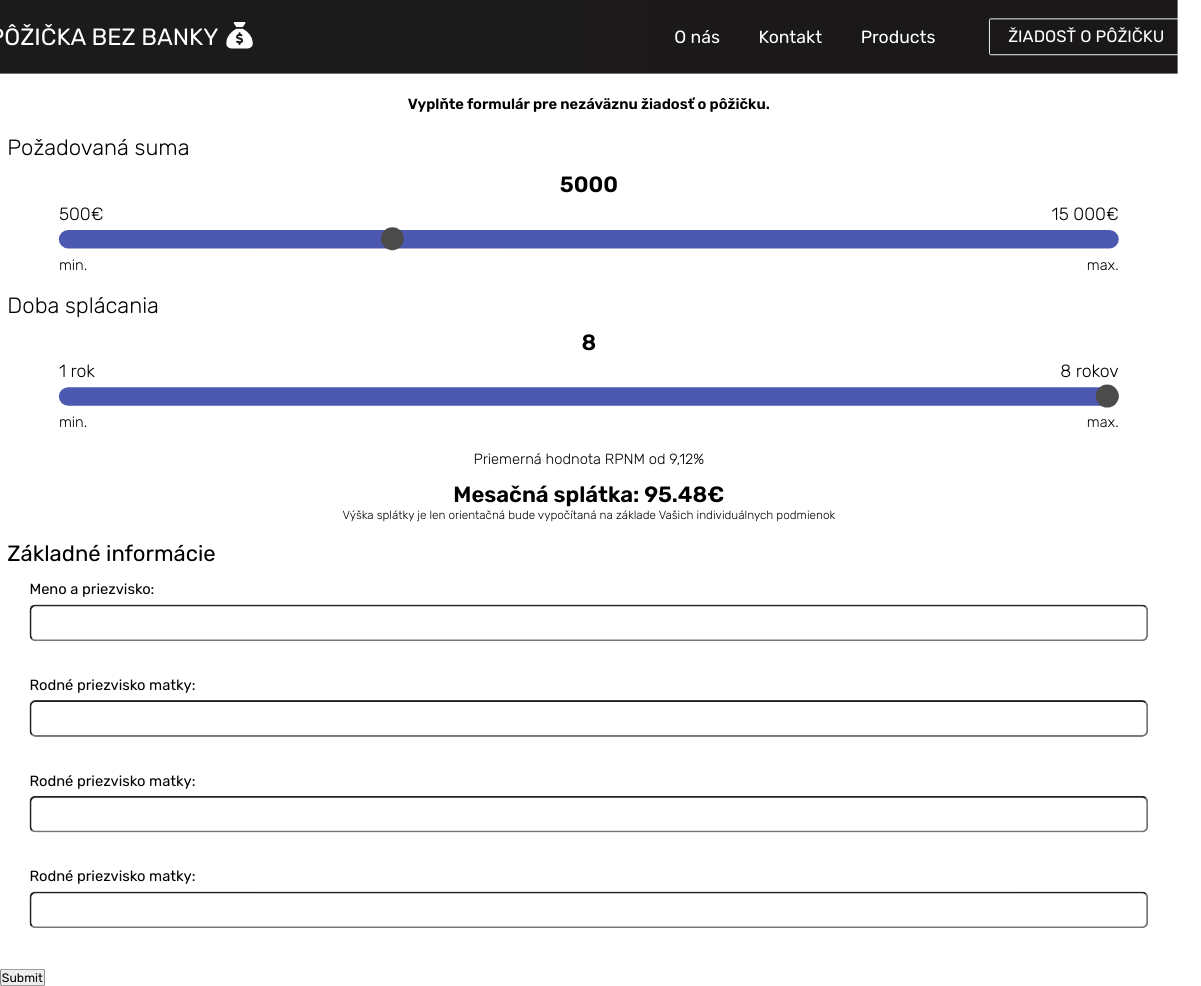
Repository: steve-lgtm/React-website-pozickabezbanky
Page: /ziadost
An editor plug-in stored every save of this project. The page is shown before and after the next save, followed by the edit.
The browser window is 1280 px wide. The page is 1305 px wide, so the pictures cover 1305 px, including what lies to the right of the window. The pictures show the whole page, at 92% of full size.
Some web libraries are served in a nearby version. The project was rebuilt for these pictures with package versions that can differ from the ones it lists, and the page was loaded fresh each time. Also part of the build but not shown: src/components/pages/Home.js, src/components/pages/Kontakt.js, src/components/pages/Products.js.

Above is the page before, as saved 2022-07-11 19:34:39.

### src/App.js
import React from 'react';
import Navbar from './components/Navbar';
import './App.css';
import Home from './components/pages/Home.js';
import { BrowserRouter as Router, Routes, Route } from 'react-router-dom';
import Kontakt from './components/pages/Kontakt';
import Products from './components/pages/Products';
import Ziadost from './components/pages/Ziadost';
import { library } from '@fortawesome/fontawesome-svg-core'
import { fas } from '@fortawesome/free-solid-svg-icons'


library.add(fas)


function App() {
  return (
      <Router>
        <Navbar />
        <Routes>
          <Route path='/' exact element={<Home />} />
          <Route path='/kontakt' element={<Kontakt/>} />
          <Route path='/products' element={<Products/>} />
          <Route path='/ziadost' element={<Ziadost/>} />
        </Routes>
      </Router>
  );
}

export default App;

### src/components/Navbar.js
import React, { useState, useEffect } from 'react';
import { Button } from './Button';
import { Link } from 'react-router-dom';
import './Navbar.css';
import { FontAwesomeIcon } from '@fortawesome/react-fontawesome';

function Navbar() {
  const [click, setClick] = useState(false);
  const [button, setButton] = useState(true);

  const handleClick = () => setClick(!click);
  const closeMobileMenu = () => setClick(false);

  const showButton = () => {
    if (window.innerWidth <= 1040) {
      setButton(false);
    } else {
      setButton(true);
    }
  };

  useEffect(() => {
    showButton();
  }, []);

  window.addEventListener('resize', showButton);

  return (
    <>
      <nav className='navbar'>
        <div className='navbar-container'>
          <Link to='/' className='navbar-logo' onClick={closeMobileMenu}>
            PÔŽIČKA BEZ BANKY
           {/* <FontAwesomeIcon icon="fa-solid fa-money-bill-1-wave" className='nav-icon'/> */}
           <FontAwesomeIcon icon="fa-solid fa-sack-dollar" className='nav-icon' />
          </Link>
          <div className='menu-icon' onClick={handleClick}>
            <i className={click ? 'fas fa-times' : 'fas fa-bars'} />
          </div>
          <ul className={click ? 'nav-menu active' : 'nav-menu'}>
            <li className='nav-item'>
              <Link to='/' className='nav-links' onClick={closeMobileMenu}>
                O nás
              </Link>
            </li>
            <li className='nav-item'>
              <Link
                to='/kontakt'
                className='nav-links'
                onClick={closeMobileMenu}
              >
                Kontakt
              </Link>
            </li>
            <li className='nav-item'>
              <Link
                to='/products'
                className='nav-links'
                onClick={closeMobileMenu}
              >
                Products
              </Link>
            </li>

            <li>
              <Link
                to='/ziadost'
                className='nav-links-mobile'
                onClick={closeMobileMenu}
              >
                ŽIADOSŤ O PÔŽIČKU
              </Link>
            </li>
          </ul>
          {button && <Button buttonStyle='btn--outline'>ŽIADOSŤ O PÔŽIČKU</Button>}
        </div>
      </nav>
    </>
  );
}

export default Navbar;

### src/App.css
@import url('https://fonts.googleapis.com/css2?family=Rubik:wght@300;400;600&display=swap');
* {
  box-sizing: border-box;
  margin: 0;
  padding: 0;
  font-family: 'Rubik', sans-serif;



}

.home,
.services,
.products,
.sign-up {
  display: flex;
  height: 89vh;
  align-items: center;
  justify-content: center;
  font-size: 3rem;
}

.services {
  background-color: blue;
  background-size: cover;
  background-repeat: no-repeat;
  color: rgb(0, 0, 0);
  font-size: 20px;
}

.products {
  background-color: blue;
  background-position: center;
  background-size: cover;
  background-repeat: no-repeat;
  color: #fff;
  font-size: 100 rem;
}

.sign-up {
  background-position: center;
  background-size: cover;
  background-repeat: no-repeat;
  color: rgb(0, 0, 0);
  font-size: 100px;
}
.home {
  background-position: center;
  background-size: cover;
  background-repeat: no-repeat;
  color: rgb(0, 0, 0);
  font-size: 100px;
}

### src/components/pages/Ziadost.js
import React from 'react';
import '../../App.css';
import './Ziadost.css'
import { useState } from 'react';
import { useFormik} from 'formik'

function PMT(ir, np, pv, fv, type) {

  //  * ir   - interest rate per month
  //  * np   - number of periods (months)
   // * pv   - present value
   // * fv   - future value
  //  * type - when the payments are due:
 //   *        0: end of the period, e.g. end of month (default)
  //  *        1: beginning of period

   var pmt, pvif;

   fv || (fv = 0);
   type || (type = 0);

   if (ir === 0)
       return -(pv + fv)/np;

   pvif = Math.pow(1 + ir, np);
   pmt = - ir * pv * (pvif + fv) / (pvif - 1);

   if (type === 1)
       pmt /= (1 + ir);


   return pmt;}

export default function Ziadost() {
  const [mounthAmount, setMounthAmount] = useState(95.48);
  const formik =  useFormik({
    initialValues: {
      amount: 5000,
      period: 8,
      name: '',
      surnameMom:''
    },
    onSubmit: values => {
      console.log('Form data',values)
    },
    validate: values => {
      let errors ={}

      if(!values.name) {
        errors.name = 'Requiered'
      }

      if(!values.surnameMom) {
        errors.name = 'Requiered'
      }

      return errors
    }
  });

 const changeAmount = (e) => {
  let urk_sdz = 0.1834;
  if(e.target.name==='amount'){
    let urk_sdz = 0.1834;
    if ( formik.values.period===1) urk_sdz = 0.3910;
    if ( formik.values.period>1 && formik.values.period<6 ) urk_sdz = 0.2098; //0.22;
    if ( formik.values.period>5 && formik.values.period<9 ) urk_sdz = 0.1834;
    let finalAmount = Math.round(PMT(Math.pow((1+urk_sdz),1/12)-1,(formik.values.period*12),-1*e.target.value)*100) /100;
  setMounthAmount(finalAmount)}

  if(e.target.name==='period'){
    if ( e.target.value===1) urk_sdz = 0.3910;
    if ( e.target.value>1 && e.target.value<6 ) urk_sdz = 0.2098; //0.22;
    if ( e.target.value>5 && e.target.value<9 ) urk_sdz = 0.1834;
    let finalAmount = Math.round(PMT(Math.pow((1+urk_sdz),1/12)-1,(e.target.value*12),-1*formik.values.amount)*100) /100;
    setMounthAmount(finalAmount)}
  };
  return (
    <>
      <h1 className='header-form'>
          Vyplňte formulár pre nezáväznu žiadosť o pôžičku.
        </h1>
      <form onSubmit={formik.handleSubmit}>
      <div className='container-form'>
        <div className='section-name'>Požadovaná suma</div>
            <h2>{formik.values.amount}</h2>
            <div className="containerslider">
                <div className="pullleft" style={{fontSize:"1.2rem"}}>
                    500€
                </div>
                <div className="pullright" style={{fontSize:"1.2rem"}}>
                    15 000€
                </div>
            <input type="range" name="amount" step="100" min="500" max="15000" onChange={(e) =>{formik.handleChange(e); changeAmount(e)}} value={formik.values.amount} className="slider" id="suma"/>
            <div className="pullleft" style={{fontSize: "1rem"}}>
                min.
            </div>
            <div className="pullright" style={{fontSize: "1rem"}}>
                max.
            </div>
            </div>

       <div className='section-name'>Doba splácania</div>
       <h2>{formik.values.period}</h2>
            <div className="containerslider">
                <div className="pullleft" style={{fontSize:"1.2rem"}}>
                    1 rok
                </div>
                <div className="pullright" style={{fontSize:"1.2rem"}}>
                    8 rokov
                </div>
            <input type="range" name="period" step="1" min="1" max="8" onChange={(e) => {formik.handleChange(e); changeAmount(e)}} value={formik.values.period} className="slider" id="doba"/>
            <div className="pullleft" style={{fontSize: "1rem"}}>
                min.
            </div>
            <div className="pullright" style={{fontSize: "1rem"}}>
                max.
            </div>
            </div>
            <div className="info">
        Priemerná hodnota RPNM od 9,12%
        </div>
        <h2> Mesačná splátka: {mounthAmount}€</h2>
        <div className="info2">
            Výška splátky je len orientačná bude vypočítaná na základe Vašich individuálnych podmienok
        </div>
            </div>
          <div className='personal-data'>
          <div className='section-name'>Základné informácie</div>
            <div className='personal-data-field'>
          <label htmlFor="name">Meno a priezvisko:</label>
      <input type="text" name="name" id="name" onChange={formik.handleChange} value={formik.values.name}/>
      </div>
      <div className='personal-data-field'>
      <label htmlFor="surnameMom">Rodné priezvisko matky:</label>
      <input type="text" name="surnameMom" id="surnameMom" onChange={formik.handleChange} value={formik.values.surnameMom}/>
            </div>
            <div className='personal-data-field'>
      <label htmlFor="surnameMom">Rodné priezvisko matky:</label>
      <input type="text" name="surnameMom" id="surnameMom" onChange={formik.handleChange} value={formik.values.surnameMom}/>
            </div>
            <div className='personal-data-field'>
      <label htmlFor="surnameMom">Rodné priezvisko matky:</label>
      <input type="text" name="surnameMom" id="surnameMom" onChange={formik.handleChange} value={formik.values.surnameMom}/>
            </div>
            </div>
            <button type='submit'>Submit</button>
      </form>

    </>
  );
}

### src/components/Button.js
// import React from 'react';
// import './Button.css';
// import { Link } from 'react-router-dom';

// export function Button() {
//   return (
//     <Link to='sign-up'>
//       <button className='btn'>Sign Up</button>
//     </Link>
//   );
// }

import React from 'react';
import './Button.css';
import { Link } from 'react-router-dom';

const STYLES = ['btn--primary', 'btn--outline', 'btn--test'];

const SIZES = ['btn--medium', 'btn--large'];

export const Button = ({
  children,
  type,
  onClick,
  buttonStyle,
  buttonSize
}) => {
  const checkButtonStyle = STYLES.includes(buttonStyle)
    ? buttonStyle
    : STYLES[0];

  const checkButtonSize = SIZES.includes(buttonSize) ? buttonSize : SIZES[0];

  return (
    <Link to='/ziadost' className='btn-mobile'>
      <button
        className={`btn ${checkButtonStyle} ${checkButtonSize}`}
        onClick={onClick}
        type={type}
      >
        {children}
      </button>
    </Link>
  );
};

### src/components/Navbar.css
.navbar {
    background: linear-gradient(90deg, rgb(28, 27, 27) 0%, rgb(26, 23, 23) 100%);
    height: 80px;
    display: flex;
    justify-content: center;
    align-items: center;
    font-size: 1.2rem;
    position: sticky;
    top: 0;
    z-index: 999;
    font-weight: 400;
    white-space: nowrap;
  }

  .navbar-container {
    display: flex;
    justify-content: center;
    align-items: center;
    height: 80px;
    max-width: 1500px;
  }

  .navbar-logo {
    color: #fff;
    justify-self: start;
    margin-left: 0.5em;
    cursor: pointer;
    text-decoration: none;
    font-size: 1.6rem;
    display: flex;
    align-items: center;

  }

  .nav-icon {
    margin-left: 0.3em;
    margin-bottom: 0.1em;
    font-size: 1.8rem;
  }

  .nav-menu {
    display: grid;
    grid-template-columns: repeat(4, auto);
    grid-gap: 10px;
    list-style: none;
    text-align: center;
    width: 60vw;
    justify-content: end;
    margin-right: 2rem;
  }

  .nav-item {
    height: 3.5em;
  }

  .nav-links {
    color: #fff;
    display: flex;
    align-items: center;
    text-decoration: none;
    padding: 0.5rem 1rem;
    height: 100%;
  }

  .nav-links:hover {
    border-bottom: 4px solid #fff;
    transition: all 0.2s ease-out;
  }

  .fa-bars {
    color: rgb(255, 255, 255);
  }

  .nav-links-mobile {
    display: none;
  }

  .menu-icon {
    display: none;
  }

  @media screen and (max-width: 1040px) {
    .NavbarItems {
      position: relative;
    }

    .nav-menu {
      display: flex;
      flex-direction: column;
      justify-content: flex-start;
      width: 100%;
      height: 100vh;
      position: absolute;
      top: 80px;
      left: -100%;
      opacity: 1;
      transition: all 0.5s ease;
    }

    .nav-menu.active {
      background: #242222;
      left: 0;
      opacity: 1;
      transition: all 0.5s ease;
      z-index: 1;
    }

    .nav-links {
      font-size: 1.5rem;
      text-align: center;
      padding: 2rem;
      width: 100%;
      display: table;
    }

    .nav-links:hover {
      background-color: #fff;
      color: #242424;
      border-radius: 0;
    }

    .navbar-logo {
      float: left;}

    .navbar {
      justify-content: flex-start;
    }
    .navbar-container {
      float: left;
    }
    .menu-icon {
      display: block;
      position: absolute;
      top: 0;
      right: 0;
      transform: translate(-100%, 60%);
      font-size: 1.8rem;
      cursor: pointer;
    }

    .fa-times {
      color: #fff;
      font-size: 2rem;
    }

    .nav-links-mobile {
      display: block;
      text-align: center;
      margin: 2rem auto;
      border-radius: 4px;
      width: 80%;
      text-decoration: none;
      font-size: 1.5rem;
      background-color: transparent;
      color: #fff;
      padding: 14px 20px;
      border: 1px solid #fff;
      transition: all 0.3s ease-out;
    }

    .nav-links-mobile:hover {
      background: #fff;
      color: #242424;
      transition: 250ms;
    }
  }

### src/components/pages/Ziadost.css

.container-form {
margin: 0.5em;
display: flex;
flex-direction: column;
align-items: center;
font-weight: 300;
}
.pullleft{
    margin-top:0.3em;
    margin-bottom: 0.3em;
    float: left;

}
.pullright{
    margin-top:0.3em;
    margin-bottom: 0.3em;
    float: right;
}

.containerslider {
    width: 90vw;
    margin-bottom: 1em;
}
.header-form {
    text-align: center;
    font-size: 1rem;
    padding: 1em;
    padding-top: 1.5em;
}
.info{
    font-size: 1rem;
    color:black;
    text-align: center;
    margin-bottom: 1em;
}
.info2{
    font-size: 0.8rem;
    color:black;
    text-align: center;
    margin-bottom: 1em;
}
.slider {
    -webkit-appearance: none;
    width: 100%;
    height: 20px;
    background: #021391;
    outline: none;
    opacity: 0.7;
    -webkit-transition: .2s;
    transition: opacity .2s;
    border-radius: 1em;

  }
.section-name {
    align-self: flex-start;
    font-size: 1.5em;
    margin-bottom: 0.5em;
}

  .slider::-webkit-slider-thumb {
    -webkit-appearance: none;
    appearance: none;
    width: 25px;
    height: 25px;
    background: #000000;
    cursor: pointer;
    border-radius: 40px;
  }

  .slider::-moz-range-thumb {
    width: 25px;
    height: 25px;
    background: #000000;
    cursor: pointer;
  }
.arrow{
    width: 70px;
    margin-bottom: -1em;
}

.personal-data{
    display: flex;
    flex-direction: column;
    justify-content:space-evenly;
    margin: 0.5em;
}
.personal-data-field{
    display: flex;
    flex-direction: column;
    justify-content:space-around;
    height: 4.5em;
    margin: 0 1.5em;
    margin-bottom: 2em;
}
input[type=text] {
    border-radius: 0.5em;
    height: 3em;
    padding: 8px 10px;
}

### src/components/Button.css
:root {
  --primary: #fff;
}

.btn {
  padding: 8px 20px;
  border-radius: 2px;
  outline: none;
  border: none;
  cursor: pointer;
}

.btn--primary {
  background-color: var(--primary);
  color: #242424;
  border: 1px solid var(--primary);
}

.btn--outline {
  background-color: transparent;
  color: #fff;
  padding: 8px 20px;
  border: 1px solid var(--primary);
  transition: all 0.3s ease-out;
}

.btn--medium {
  margin-right: 1em;
  padding: 8px 20px;
  font-size: 18px;
}

.btn--large {
  padding: 12px 26px;
  font-size: 20px;
}

.btn--large:hover,
.btn--medium:hover {
  transition: all 0.3s ease-out;
  background: #fff;
  color: #242424;
  transition: 250ms;
}

Loaded but not shown: public/index.html (common file); src/index.js (common file); src/index.css (common file)

After the next save:
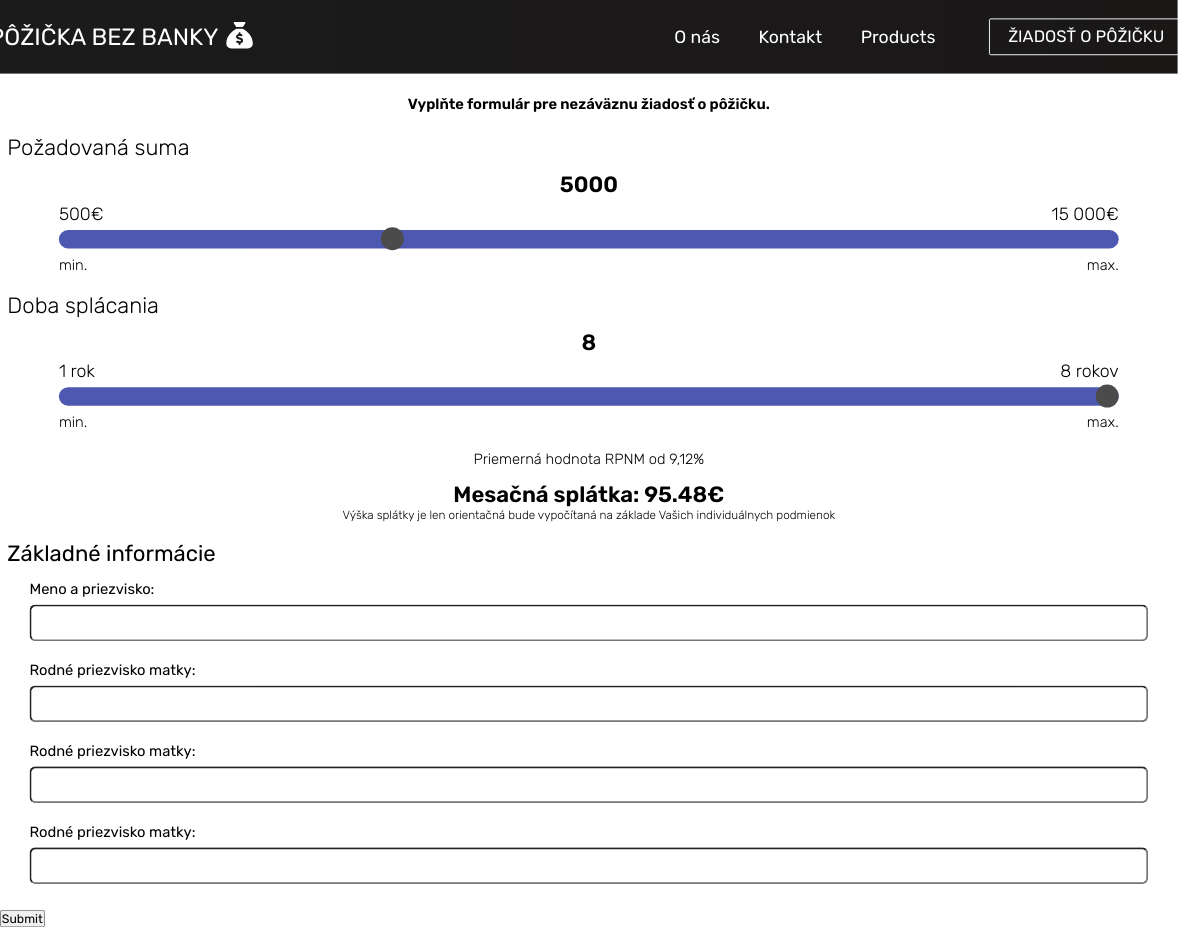
Saved 7 s later.
--- a/src/components/pages/Ziadost.css
+++ b/src/components/pages/Ziadost.css
@@ -91,7 +91,7 @@ font-weight: 300;
     justify-content:space-around;
     height: 4.5em;
     margin: 0 1.5em;
-    margin-bottom: 2em;
+    margin-bottom: 1em;
 }
 input[type=text] {
     border-radius: 0.5em;
